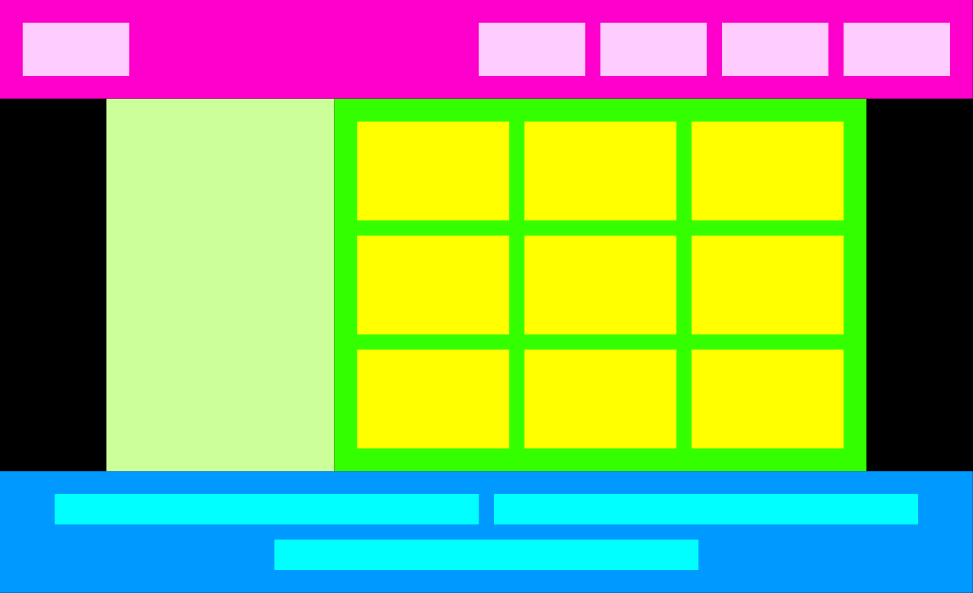
Repository: hayase-m/Webcamp
Page: HTMLCSS/flex/flex.html
The author's editor kept a record of every edit. The page is drawn from the files as they stood at one moment, then again after the next edit.
The browser window is 1280 px wide. The pictures show the whole page, at 76% of full size.

Above is the page before.

After the next edit:
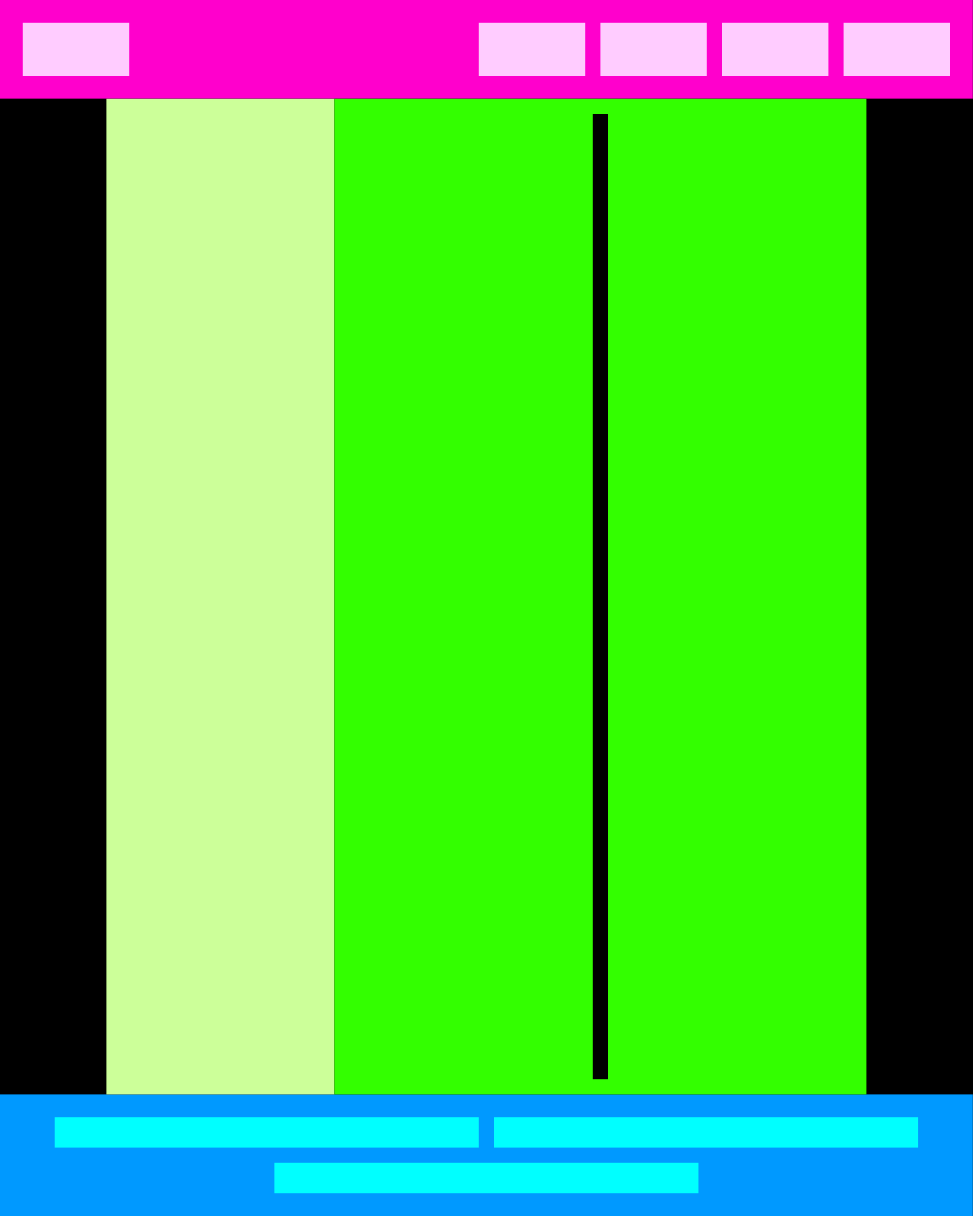
The edit:
--- a/HTMLCSS/flex/flex.html
+++ b/HTMLCSS/flex/flex.html
@@ -20,15 +20,16 @@
       <div class="left-bar"></div>
 
       <div class="right-bar">
-        <div class="main-box"></div>
-        <div class="main-box"></div>
-        <div class="main-box"></div>
-        <div class="main-box"></div>
-        <div class="main-box"></div>
-        <div class="main-box"></div>
-        <div class="main-box"></div>
-        <div class="main-box"></div>
-        <div class="main-box"></div>
+        <div class="main-content">
+          <div class="main-box"></div>
+          <div class="main-box"></div>
+          <div class="main-box"></div>
+          <div class="main-box"></div>
+          <div class="main-box"></div>
+          <div class="main-box"></div>
+          <div class="main-box"></div>
+          <div class="main-box"></div>
+          <div class="main-box"></div>
       </div>
 
     </main>

After the 2 edits that followed:
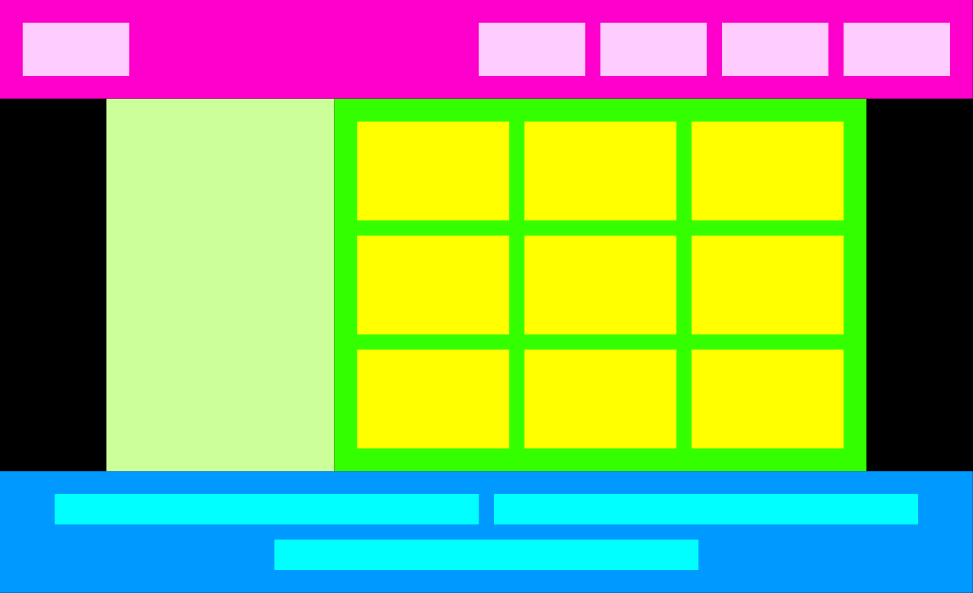
The 2 edits are shown as one change because 1 left the picture as it was.
The edit:
--- a/HTMLCSS/flex/flex.html
+++ b/HTMLCSS/flex/flex.html
@@ -20,7 +20,6 @@
       <div class="left-bar"></div>
 
       <div class="right-bar">
-        <div class="main-content">
           <div class="main-box"></div>
           <div class="main-box"></div>
           <div class="main-box"></div>
@@ -30,6 +29,7 @@
           <div class="main-box"></div>
           <div class="main-box"></div>
           <div class="main-box"></div>
+        </div>
       </div>
 
     </main>
